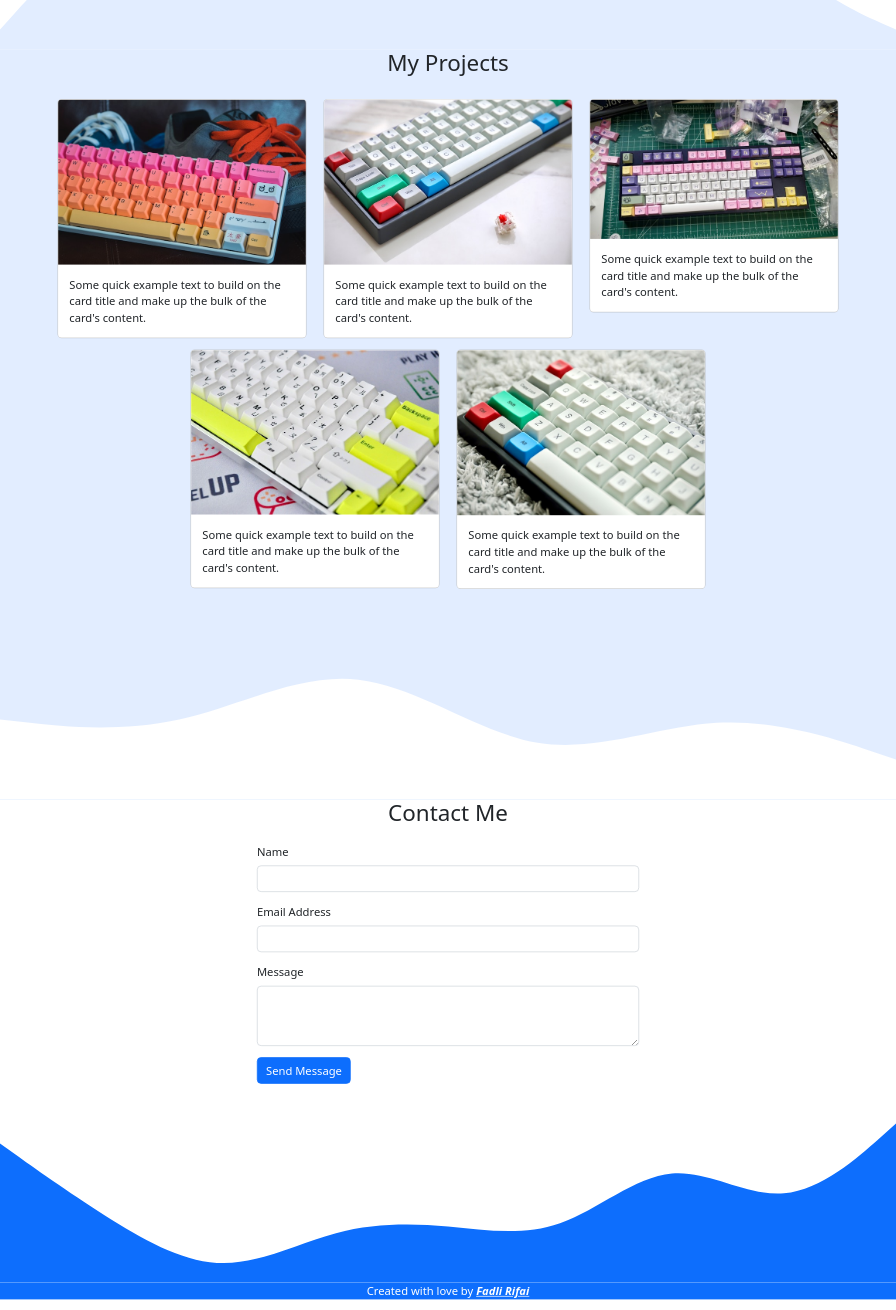
Repository: fadlyyy/fadli-dev.github.io
Page: index.html
The author's editor kept a copy of each file at every save. The page is drawn from the files as they stood at one save, then again after the next save.
The browser window is 1280 px wide. The pictures show the part of the page from y = 1416 to 3336 px (the page is 3288 px tall before and 3336 px after), at 70% of full size.

Above is the page before, as saved 2024-01-19 16:11:05.

### index.html
<!DOCTYPE html>
<html lang="en">
  <head>
    <meta charset="utf-8" />
    <meta name="viewport" content="width=device-width, initial-scale=1" />
    <title>Bootstrap demo</title>
    <link href="https://cdn.jsdelivr.net/npm/bootstrap@5.2.3/dist/css/bootstrap.min.css" rel="stylesheet" integrity="sha384-rbsA2VBKQhggwzxH7pPCaAqO46MgnOM80zW1RWuH61DGLwZJEdK2Kadq2F9CUG65" crossorigin="anonymous" />
    <link rel="stylesheet" href="style.css" />
  </head>
  <body>
    <!-- Navbar -->
    <nav class="navbar navbar-expand-lg navbar-dark bg-primary shadow">
      <div class="container">
        <a class="navbar-brand fs-3" href="#">Fadli Rifai</a>
        <button class="navbar-toggler" type="button" data-bs-toggle="collapse" data-bs-target="#navbarNav" aria-controls="navbarNav" aria-expanded="false" aria-label="Toggle navigation">
          <span class="navbar-toggler-icon"></span>
        </button>
        <div class="collapse navbar-collapse" id="navbarNav">
          <ul class="navbar-nav ms-auto">
            <li class="nav-item">
              <a class="nav-link active" aria-current="page" href="#">Home</a>
            </li>
            <li class="nav-item">
              <a class="nav-link" href="#">About</a>
            </li>
            <li class="nav-item">
              <a class="nav-link" href="#">Projects</a>
            </li>
            <li class="nav-item">
              <a class="nav-link" href="#">Contact</a>
            </li>
          </ul>
        </div>
      </div>
    </nav>
    <!-- Navbar End -->

    <!-- Jumbotron -->
    <section class="jumbotron text-center">
      <img class="rounded-circle img-thumbnail" src="img/images.jpeg" alt="" width="250" />
      <h1 class="display-4">Fadli Rifai</h1>
      <p class="lead">Fullstack Developer</p>
      <svg xmlns="http://www.w3.org/2000/svg" viewBox="0 0 1440 320">
        <path
          fill="#ffffff"
          fill-opacity="1"
          d="M0,160L24,176C48,192,96,224,144,245.3C192,267,240,277,288,261.3C336,245,384,203,432,181.3C480,160,528,160,576,170.7C624,181,672,203,720,213.3C768,224,816,224,864,218.7C912,213,960,203,1008,213.3C1056,224,1104,256,1152,261.3C1200,267,1248,245,1296,229.3C1344,213,1392,203,1416,197.3L1440,192L1440,320L1416,320C1392,320,1344,320,1296,320C1248,320,1200,320,1152,320C1104,320,1056,320,1008,320C960,320,912,320,864,320C816,320,768,320,720,320C672,320,624,320,576,320C528,320,480,320,432,320C384,320,336,320,288,320C240,320,192,320,144,320C96,320,48,320,24,320L0,320Z"
        ></path>
      </svg>
    </section>
    <!-- Jumbotron End -->

    <!-- About -->
    <section id="about">
      <div class="container">
        <div class="row text-center mb-4">
          <div class="col">
            <h2>About Me</h2>
          </div>
        </div>
        <div class="row justify-content-center fs-5 text-center">
          <div class="col-md-4">
            <p class="">
              Lorem, ipsum dolor sit amet consectetur adipisicing elit. Aliquid, et perspiciatis. Vero veritatis temporibus ipsa, tenetur natus dolores atque vitae laborum rerum! Pariatur est facilis fugit nemo. Incidunt repudiandae quod
              aspernatur asperiores, unde ea soluta.
            </p>
          </div>
          <div class="col-md-4">
            <p>
              Lorem ipsum dolor sit amet consectetur adipisicing elit. Perferendis rem quaerat, commodi laudantium quam sequi eos delectus, repudiandae magni aut harum nisi fugiat reiciendis natus similique accusantium non repellat
              consectetur facilis praesentium libero vel. Obcaecati modi nihil, aperiam sint qui animi optio laborum earum hic neque sed voluptatibus dolores reiciendis.
            </p>
          </div>
        </div>
      </div>
      <svg xmlns="http://www.w3.org/2000/svg" viewBox="0 0 1440 320">
        <path
          fill="#e2edff"
          fill-opacity="1"
          d="M0,288L24,261.3C48,235,96,181,144,165.3C192,149,240,171,288,160C336,149,384,107,432,117.3C480,128,528,192,576,192C624,192,672,128,720,128C768,128,816,192,864,213.3C912,235,960,213,1008,181.3C1056,149,1104,107,1152,112C1200,117,1248,171,1296,208C1344,245,1392,267,1416,277.3L1440,288L1440,320L1416,320C1392,320,1344,320,1296,320C1248,320,1200,320,1152,320C1104,320,1056,320,1008,320C960,320,912,320,864,320C816,320,768,320,720,320C672,320,624,320,576,320C528,320,480,320,432,320C384,320,336,320,288,320C240,320,192,320,144,320C96,320,48,320,24,320L0,320Z"
        ></path>
      </svg>
    </section>
    <!-- About End -->

    <!-- Section Projects -->
    <section id="projects">
      <div class="container">
        <div class="row mb-4">
          <div class="col text-center">
            <h2>My Projects</h2>
          </div>
        </div>
        <div class="row justify-content-center">
          <div class="col-md-4 mb-3 child">
            <div class="card">
              <img src="img/projects/Projects1.jpg" class="card-img-top" alt="..." />
              <div class="card-body">
                <p class="card-text">Some quick example text to build on the card title and make up the bulk of the card's content.</p>
              </div>
            </div>
          </div>
          <div class="col-md-4 mb-3 child">
            <div class="card">
              <img src="img/projects/Projects2.jpg" class="card-img-top" alt="..." />
              <div class="card-body">
                <p class="card-text">Some quick example text to build on the card title and make up the bulk of the card's content.</p>
              </div>
            </div>
          </div>
          <div class="col-md-4 mb-3 child">
            <div class="card">
              <img src="img/projects/Projects3.jpg" class="card-img-top" alt="..." />
              <div class="card-body">
                <p class="card-text">Some quick example text to build on the card title and make up the bulk of the card's content.</p>
              </div>
            </div>
          </div>
          <div class="col-md-4 mb-3 child">
            <div class="card">
              <img src="img/projects/Projects4.jpg" class="card-img-top" alt="..." />
              <div class="card-body">
                <p class="card-text">Some quick example text to build on the card title and make up the bulk of the card's content.</p>
              </div>
            </div>
          </div>
          <div class="col-md-4 mb-3 child">
            <div class="card">
              <img src="img/projects/Projects5.jpg" class="card-img-top" alt="..." />
              <div class="card-body">
                <p class="card-text">Some quick example text to build on the card title and make up the bulk of the card's content.</p>
              </div>
            </div>
          </div>
        </div>
      </div>
      <svg xmlns="http://www.w3.org/2000/svg" viewBox="0 0 1440 320">
        <path
          fill="#fff"
          fill-opacity="1"
          d="M0,192L48,197.3C96,203,192,213,288,192C384,171,480,117,576,128C672,139,768,213,864,229.3C960,245,1056,203,1152,197.3C1248,192,1344,224,1392,240L1440,256L1440,320L1392,320C1344,320,1248,320,1152,320C1056,320,960,320,864,320C768,320,672,320,576,320C480,320,384,320,288,320C192,320,96,320,48,320L0,320Z"
        ></path>
      </svg>
    </section>
    <!-- End Section Projects -->

    <!-- Contact -->
    <section id="contact">
      <div class="container">
        <div class="row text-center mb-3">
          <div class="col">
            <h2>Contact Me</h2>
          </div>
        </div>
        <div class="row justify-content-center">
          <div class="col-md-6">
            <form>
              <div class="mb-3">
                <label for="name" class="form-label">Name</label>
                <input type="text" class="form-control" id="name" aria-describedby="name" />
              </div>
              <div class="mb-3">
                <label for="email" class="form-label">Email Address</label>
                <input type="email" class="form-control" id="email" aria-describedby="email" />
              </div>
              <div class="mb-3">
                <label for="message" class="form-label">Message</label>
                <textarea class="form-control" id="message" rows="3"></textarea>
              </div>
              <button type="submit" class="btn btn-primary">Send Message</button>
            </form>
          </div>
        </div>
      </div>
      <svg xmlns="http://www.w3.org/2000/svg" viewBox="0 0 1440 320">
        <path
          fill="#0d6efd"
          fill-opacity="1"
          d="M0,96L30,117.3C60,139,120,181,180,218.7C240,256,300,288,360,288C420,288,480,256,540,240C600,224,660,224,720,229.3C780,235,840,245,900,224C960,203,1020,149,1080,144C1140,139,1200,181,1260,176C1320,171,1380,117,1410,90.7L1440,64L1440,320L1410,320C1380,320,1320,320,1260,320C1200,320,1140,320,1080,320C1020,320,960,320,900,320C840,320,780,320,720,320C660,320,600,320,540,320C480,320,420,320,360,320C300,320,240,320,180,320C120,320,60,320,30,320L0,320Z"
        ></path>
      </svg>
    </section>
    <!-- End Contact -->

    <!-- Footer -->
    <footer class="bg-primary text-center">
      <p class="text-white">Created with love by <a href="#" class="fw-bold text-white fst-italic">Fadli Rifai</a></p>
    </footer>
    <!-- Footer End -->

    <script src="https://cdn.jsdelivr.net/npm/bootstrap@5.2.3/dist/js/bootstrap.bundle.min.js" integrity="sha384-kenU1KFdBIe4zVF0s0G1M5b4hcpxyD9F7jL+jjXkk+Q2h455rYXK/7HAuoJl+0I4" crossorigin="anonymous"></script>
  </body>
</html>

### style.css
.jumbotron {
  padding-top: 2rem;
  background-color: #e2edff;
}

#projects {
  background-color: #e2edff;
}

#projects .child {
  transition: all 0.2s ease-in-out;
}

#projects .child:hover {
  scale: 1.04;
}

After the next save:
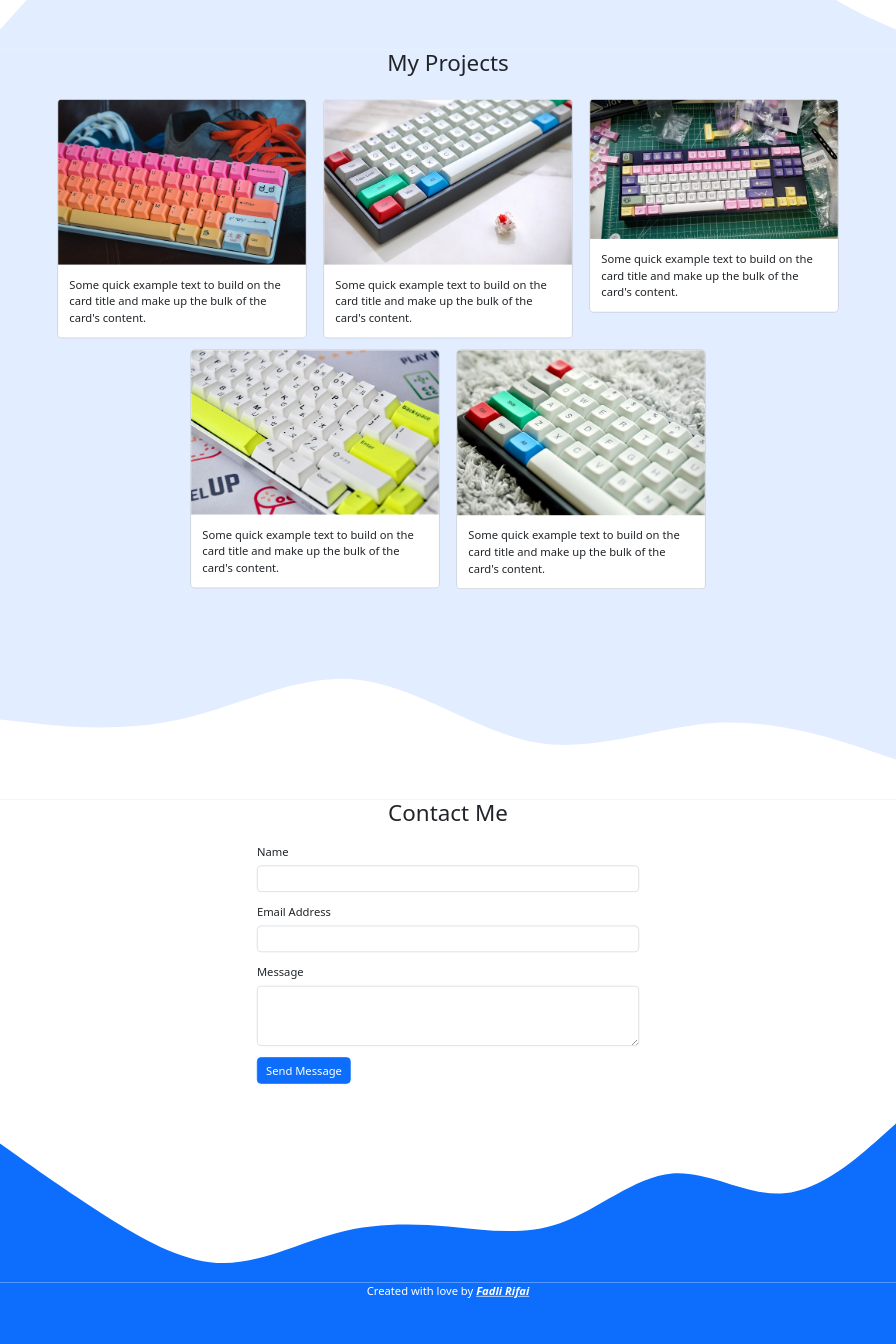
Saved 41 s later.
--- a/index.html
+++ b/index.html
@@ -183,7 +183,7 @@
     <!-- End Contact -->
 
     <!-- Footer -->
-    <footer class="bg-primary text-center">
+    <footer class="bg-primary text-center pb-5">
       <p class="text-white">Created with love by <a href="#" class="fw-bold text-white fst-italic">Fadli Rifai</a></p>
     </footer>
     <!-- Footer End -->
